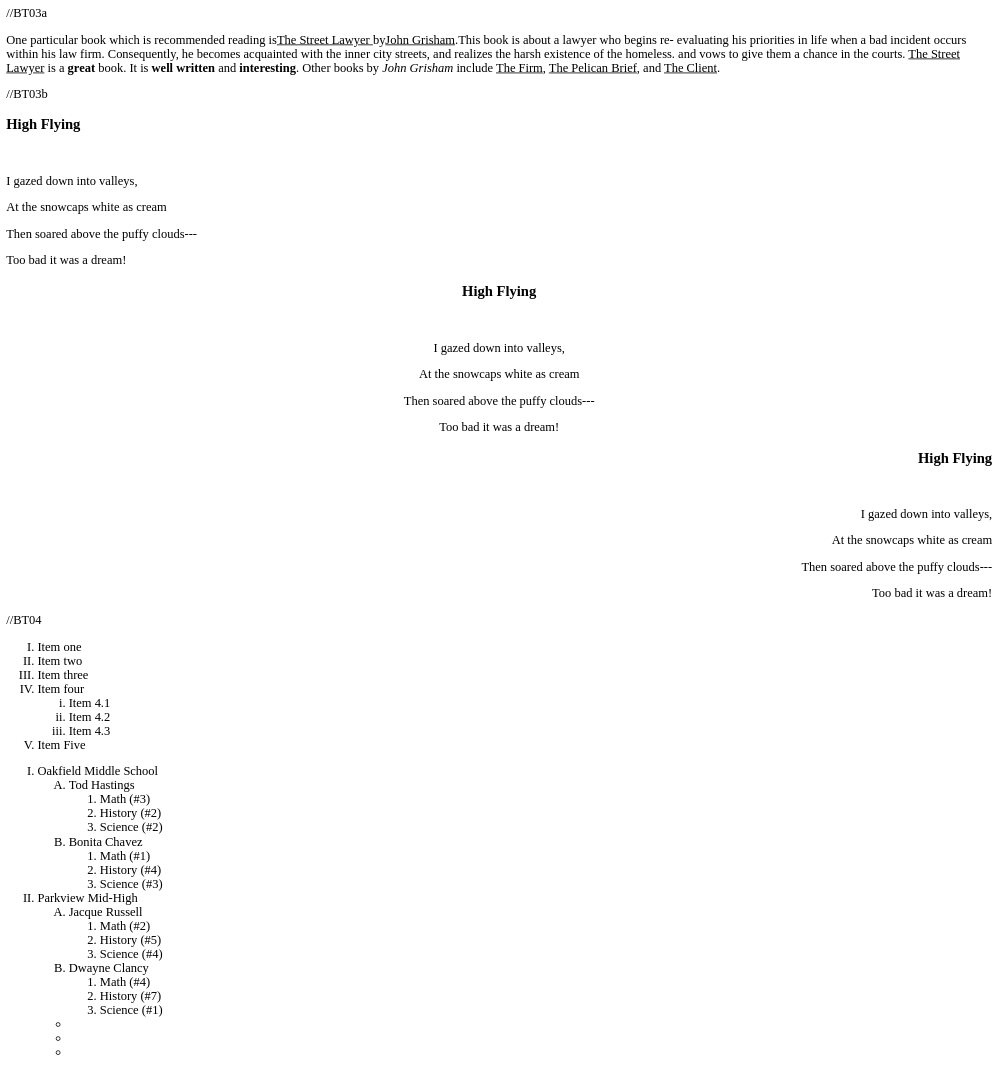
Repository: thu1365/TH_HTCNWEB
Page: HTML/Tuan01/BT.html
An editor plug-in stored every save of this project. The page is shown before and after the next save, followed by the edit.
The browser window is 1280 px wide. The pictures show the whole page, at 78% of full size.

Above is the page before, as saved 2023-02-20 22:18:13.

### HTML/Tuan01/BT.html
<!DOCTYPE html>
<html lang="en">
<head>
    <meta charset="UTF-8">
    <meta http-equiv="X-UA-Compatible" content="IE=edge">
    <meta name="viewport" content="width=device-width, initial-scale=1.0">
    <title>Document</title>
</head>

<body>
        //BT03a
        <p> One particular book which is recommended reading is<u>The Street Lawyer </u>by<u>John Grisham</u>.This book is about a lawyer who begins re- evaluating his priorities in life when a bad incident occurs within his law firm. Consequently, he becomes acquainted with the inner city streets, and realizes the harsh existence of the homeless. and vows to give them a chance in the courts. <u>The Street Lawyer</u> is a <b>great</b> book. It is <b>well written</b> and <b>interesting</b>. Other books by <i>John Grisham</i> include <u>The Firm</u>, <u>The Pelican Brief</u>, and <u>The
            Client</u>. </p>
        //BT03b
    <p>
        <h3> High Flying</h3>
        <img src="" alt=""/>
        <p>I gazed down into valleys,</p>
        <p>At the snowcaps white as cream</p>
        <p>Then soared above the puffy clouds---</p>
        <p>Too bad it was a dream!</p>
    </p>
    <center>
        <h3> High Flying</h3>
        <img src="" alt=""/>
        <p>I gazed down into valleys,</p>
        <p>At the snowcaps white as cream</p>
        <p>Then soared above the puffy clouds---</p>
        <p>Too bad it was a dream!</p>
    </center>
    <p>  <h3 align="right"> High Flying</h3>
        <img src="" alt=""/>
        <p align="right">I gazed down into valleys,</p>
        <p align="right">At the snowcaps white as cream</p>
        <p align="right">Then soared above the puffy clouds---</p>
        <p align="right">Too bad it was a dream!</p>
    </p>
    //BT04
    <ol type="I">
        <li>Item one</li>
        <li>Item two</li>
        <li>Item three</li>
        <li>Item four</li>
    <ol type="i">
        <li>Item 4.1</li>
        <li>Item 4.2</li>
        <li>Item 4.3</li>
    </ol>
        <li>Item Five</li>
    </ol>

    <ol type="I">
        <li> Oakfield Middle School</li>
            <ol type="A">
                <li>Tod Hastings</li>
                    <ol type="1">
                        <li>Math (#3)</li>
                        <li>History (#2)</li>
                        <li>Science (#2)</li>
        </ol>
                <li>Bonita Chavez</li>
                    <ol type="1">
                        <li>Math (#1)</li>
                        <li>History (#4)</li>
                        <li>Science (#3)</li>
        </ol>
        </ol>
        <li>Parkview Mid-High</li>
            <ol type="A">
                <li>Jacque Russell</li>
                    <ol type="1">
                        <li>Math (#2)</li>
                        <li>History (#5)</li>
                        <li>Science (#4)</li>
                    </ol>
                <li>Dwayne Clancy</li>
                    <ol type ="1">
                        <li>Math (#4)</li>
                        <li>History (#7)</li>
                        <li>Science (#1)</li>
                    </ol>
            </ol>
            <ul>
                <li></li>
                <li></li>
                <li></li>
            </ul>

    </ol>
</body>
</html>

After the next save:
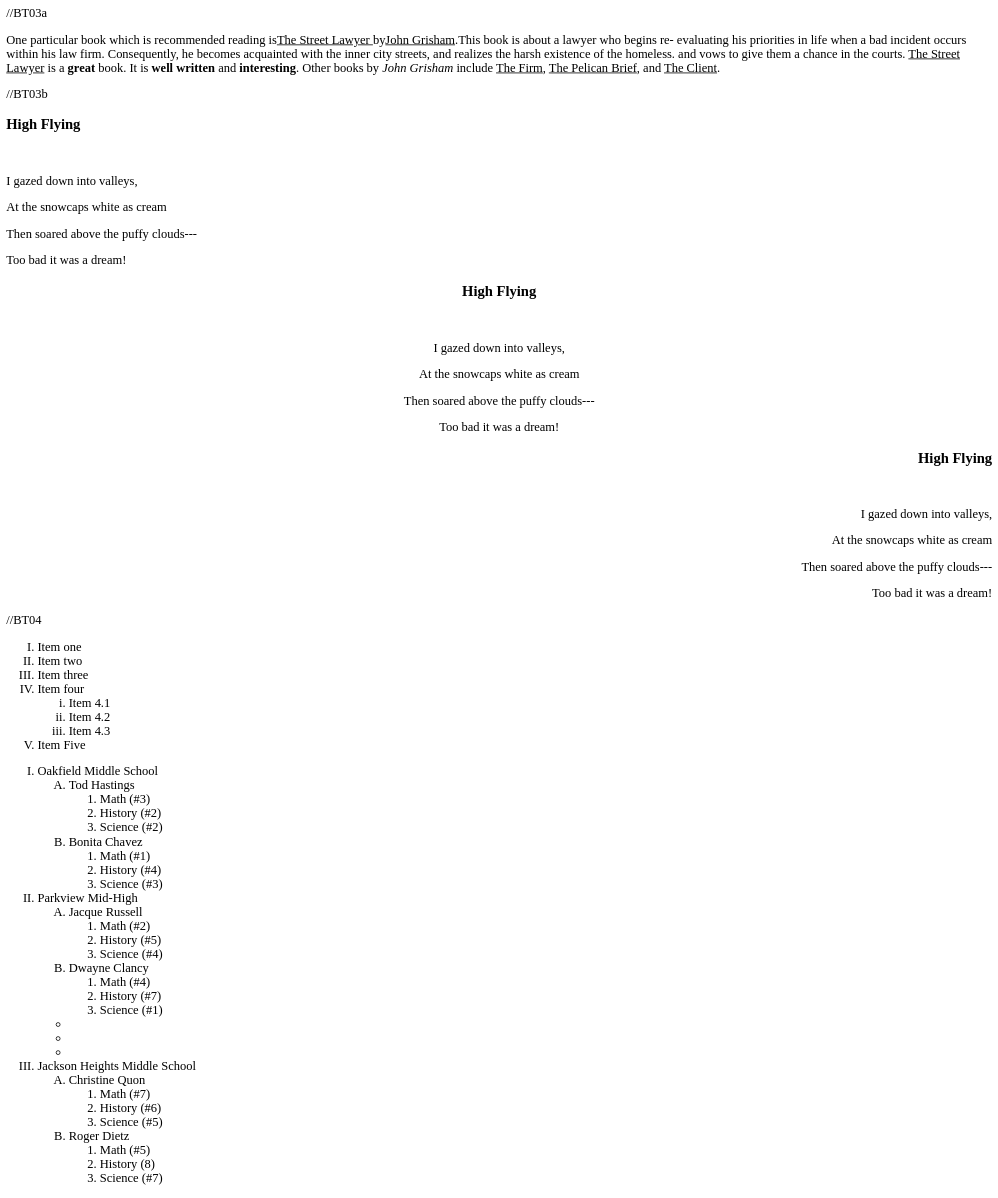
Saved 8 min 53 s later.
--- a/HTML/Tuan01/BT.html
+++ b/HTML/Tuan01/BT.html
@@ -80,12 +80,26 @@
                         <li>Science (#1)</li>
                     </ol>
             </ol>
-            <ul>
-                <li></li>
-                <li></li>
-                <li></li>
-            </ul>
-
+        <ul>
+            <li></li>
+            <li></li>
+            <li></li>
+        </ul>
+        <li>Jackson Heights Middle School</li>
+            <ol type="A">
+                <li>Christine Quon</li>
+                    <ol type="1">
+                        <li>Math (#7)</li>
+                        <li>History (#6)</li>
+                        <li>Science (#5)</li>
+                </ol>
+                <li>Roger Dietz</li>
+                    <ol type="1">
+                        <li>Math (#5)</li>
+                        <li>History (8)</li>
+                        <li>Science (#7)</li>
+                    </ol>
+            </ol>
     </ol>
 </body>
 </html>
